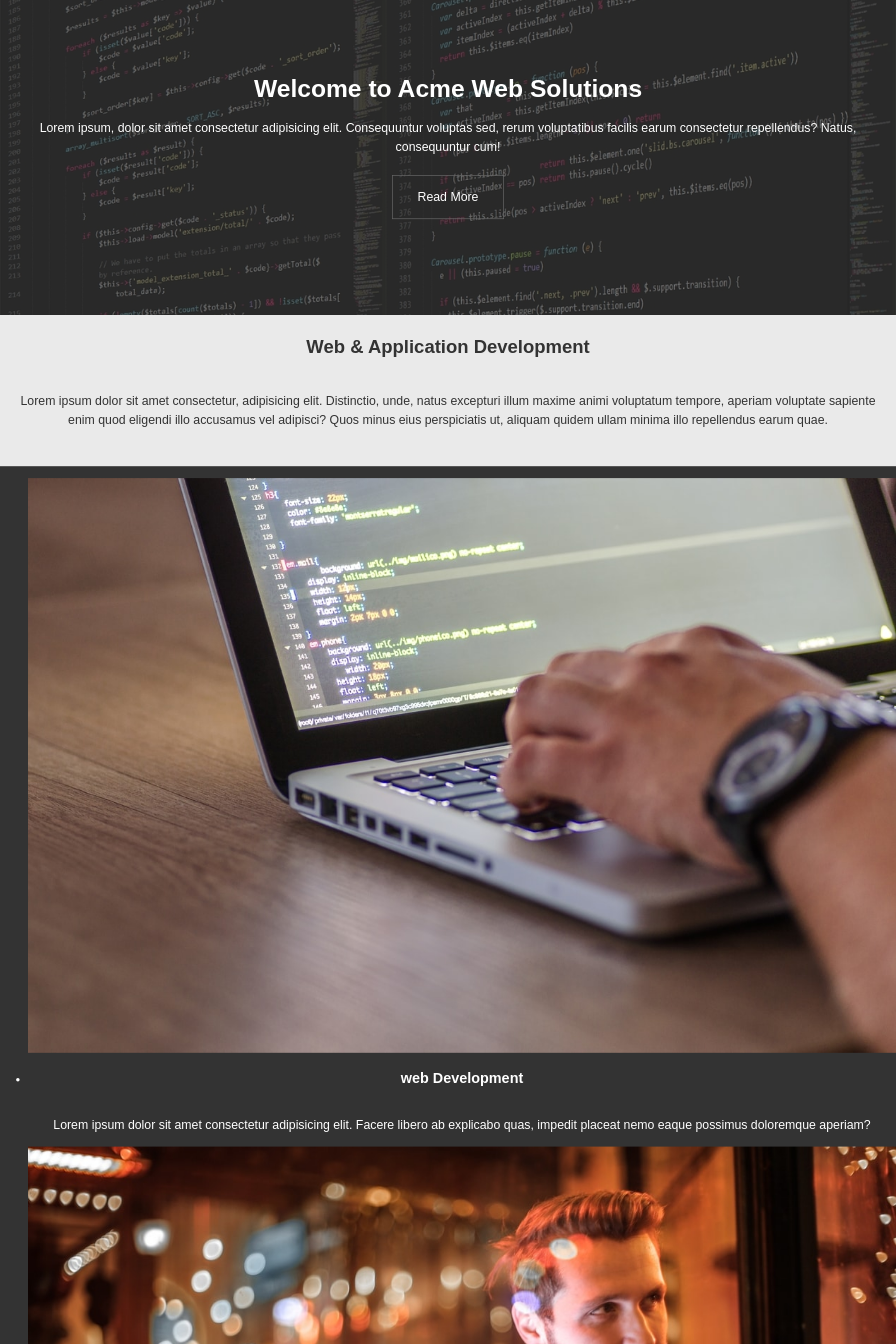
Repository: ErikBaer/MobileFirst
Page: index.html
An editor plug-in stored every save of this project. The page is shown before and after the next save, followed by the edit.
The browser window is 1280 px wide. The pictures show the part of the page from y = 0 to 1920 px (the page is 4179 px tall), at 70% of full size.

Above is the page before, as saved 2020-02-15 03:06:06.

### index.html
<!DOCTYPE html>
<html lang="en">
<head>
    <meta charset="UTF-8">
    <meta name="viewport" content="width=device-width, initial-scale=1.0">
    <link rel="stylesheet" type="text/css" href="style.css">
    <title>Acme Web Solutions</title>
</head>
<body>
    <!--Header Showcase -->
   <header id="showcase" class="grid">
    <div class="bg-image"></div>
    <div class="content-wrap">
    <h1>Welcome to Acme Web Solutions</h1>
    <p>Lorem ipsum, dolor sit amet consectetur adipisicing elit.
         Consequuntur voluptas sed, rerum voluptatibus facilis
         earum consectetur repellendus? Natus, consequuntur cum!
        </p>
    <a href="#section-b" class="btn">Read More</a>
    </div>
</header>

<!-- Main Area -->

<main id="main">

    <!-- Section A -->

    <section id="section-a" class="grid">
        <div class="content-wrap">
            <h2 class="content-title">Web & Application Development</h2>
            <p>Lorem ipsum dolor sit amet consectetur, adipisicing elit.
                Distinctio, unde, natus excepturi illum maxime animi
                voluptatum tempore, aperiam voluptate sapiente enim quod
                 eligendi illo accusamus vel adipisci? Quos minus eius
                 perspiciatis ut, aliquam quidem ullam minima illo
                 repellendus earum quae.</p>
        </div>
    </section>

    <!-- Section B -->

    <section id="section-b" class="grid">
        <ul>
            <li>
                <div class="card">
                    <img src="./Assets/Coding-Person.jpg" alt="">
                    <div class="card-content">
                        <h3 class="card-title">web Development</h3>
                        <p>Lorem ipsum dolor sit amet consectetur
                            adipisicing elit. Facere libero ab explicabo
                            quas, impedit placeat nemo eaque possimus
                            doloremque aperiam?</p>
                    </div>
                </div>
            </li>
            <li>
                <div class="card">
                    <img src="./Assets/mobile-man.jpg" alt="">
                    <div class="card-content">
                        <h3 class="card-title">Mobile Applications</h3>
                        <p>Lorem ipsum dolor sit amet consectetur
                            adipisicing elit. Facere libero ab explicabo
                            quas, impedit placeat nemo eaque possimus
                            doloremque aperiam?</p>
                    </div>
                </div>
            </li>
            <li>
                <div class="card">
                    <img src="./Assets/Charts.jpg" alt="">
                    <div class="card-content">
                        <h3 class="card-title">Tech Marketing</h3>
                        <p>Lorem ipsum dolor sit amet consectetur
                            adipisicing elit. Facere libero ab explicabo
                            quas, impedit placeat nemo eaque possimus
                            doloremque aperiam?</p>
                    </div>
                </div>
            </li>
        </ul>
    </section>

    <!-- Section C -->
    <section id="section-c" class="grid">
        <div class="content-wrap">
            <h2 class="content-title"> We handle all of your digital needs</h2>
            <p>Lorem, ipsum dolor sit amet consectetur adipisicing elit.
                Neque asperiores pariatur dolorem ipsum dicta recusandae
                 optio vel doloremque deserunt maiores?</p>
        </div>
    </section>

    <!-- Section D -->

    <section class="section-d grid">
        <div class="box">
            <h2 class="content-title">Contact Us</h2>
            <p>Lorem ipsum dolor sit, amet consectetur adipisicing elit.
                 Alias, totam quas ipsam doloremque dignissimos doloribus
                 laudantium aut provident dolore. Maxime!</p>
            <p>contact@acmewebsolutions.test</p>
        </div>
        <div class="box">
            <h2 class="content-title">About Our Company</h2>
            <p>Lorem ipsum dolor, sit amet consectetur adipisicing elit.
                Delectus ut placeat, nulla inventore laboriosam quisquam!
                Porro, asperiores libero molestiae a facilis et, ex magni
                 nostrum rem delectus quia ut? Vitae.</p>
        </div>
    </section>
</main>

<!-- Footer -->

<footer id="main-footer" class="grid">
    <div>Acme Web Solutins</div>
    <div>Project by <a href="www.baerdata.de" target="blank">Erik Baer</a></div>
</footer>

</body>
</html>

### style.css
body {
    margin: 0;
    font-family: Arial, Helvetica, sans-serif;
    background-color: #333;
    color: white;
    font-size:1.1em;
    line-height: 1.5;
    text-align: center;
}

img {
    display:block;
    width:100%;
    height: auto;
}

h1, h2, h3 {
    margin:0;
    padding: 1em 0;
}

p {
    margin: 0;
    padding: 1em 0;
}

.btn {
    display: inline-block;
    background: 333;
    color: white;
    text-decoration: none;
    padding: 1em 2em;
    border: 1px solid #666;
    margin: .5em 0
}

.btn:hover {
  background: #eaeaea;
  color: #333;
}

/* Header Showcase */

#showcase {
    min-height: 450px;
    color: #fff;
    text-align: center;
}

#showcase .bg-image {
    position: absolute;
    background: #333 url(/Assets/code.jpg);
    background-position: center;
    background-repeat: no-repeat;
    background-size: cover;
    width: 100%;
    height: 450px;
    z-index: -1;
    opacity: 0.4;
}

#showcase h1 {
    padding-top: 100px;
    padding-bottom: 0;
}

#showcase .content-wrap,
#section-a .content-wrap {
    padding: 0 1.5em;
}


/* Section A */

#section-a {
    background: #eaeaea;
    color: #333;
    padding-bottom: 2em;
}


/* Section B */

#section-b {

}

After the next save:
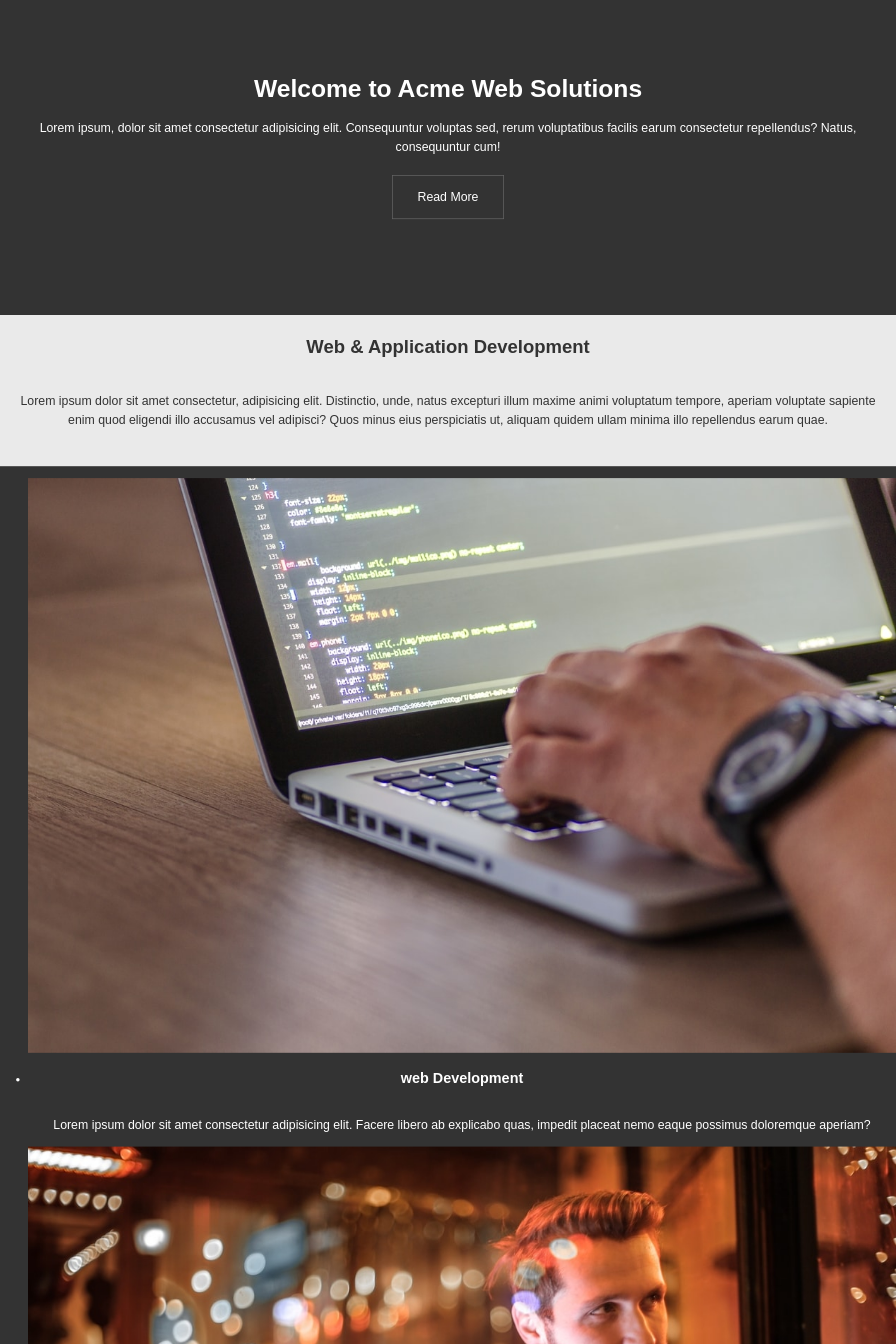
Saved 86 s later.
--- a/style.css
+++ b/style.css
@@ -49,7 +49,7 @@
 
 #showcase .bg-image {
     position: absolute;
-    background: #333 url(/Assets/code.jpg);
+    background: #333;
     background-position: center;
     background-repeat: no-repeat;
     background-size: cover;

After the save that followed:
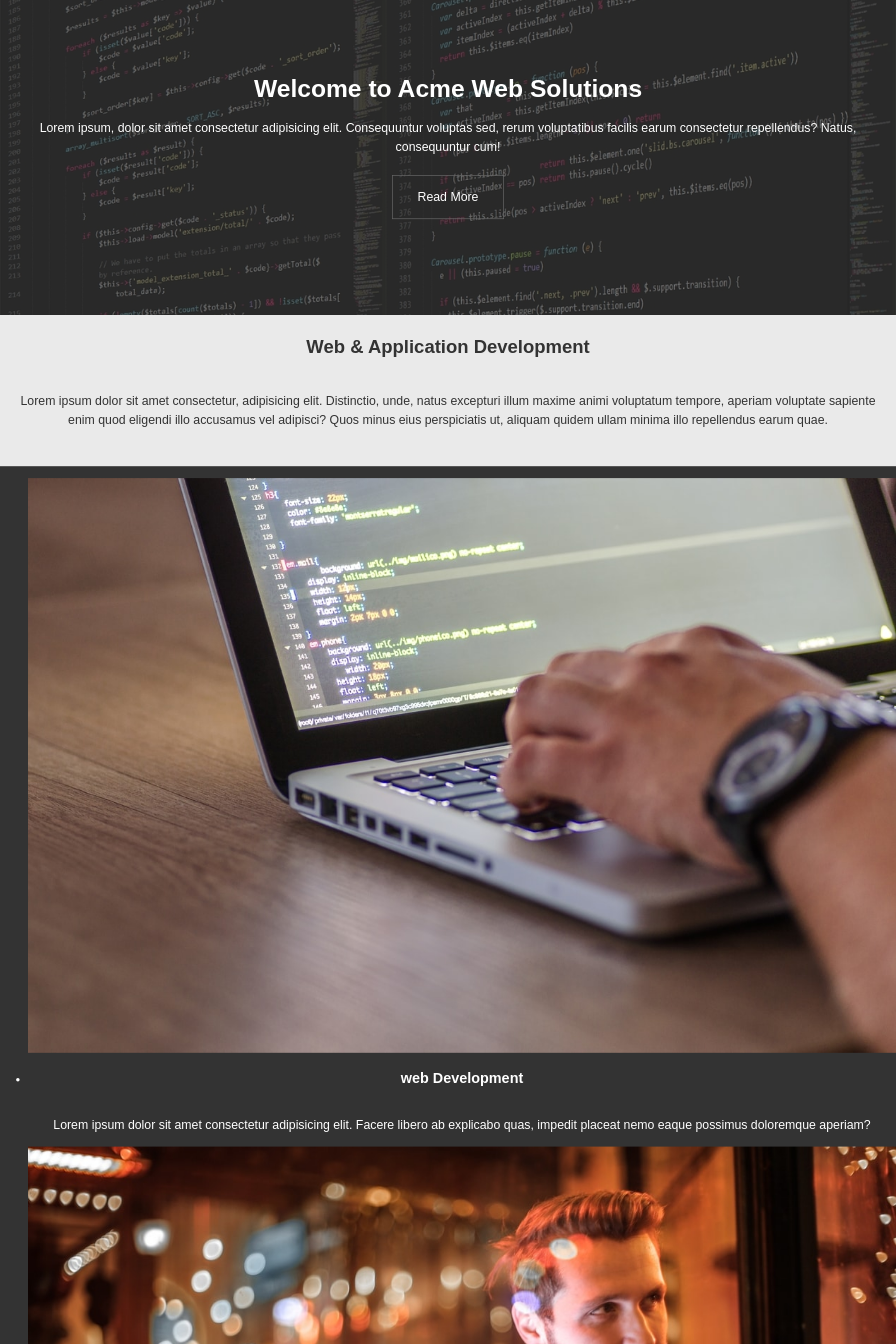
Saved 16 s later.
--- a/style.css
+++ b/style.css
@@ -49,7 +49,7 @@
 
 #showcase .bg-image {
     position: absolute;
-    background: #333;
+    background: #333 url(/Assets/code.jpg);
     background-position: center;
     background-repeat: no-repeat;
     background-size: cover;
